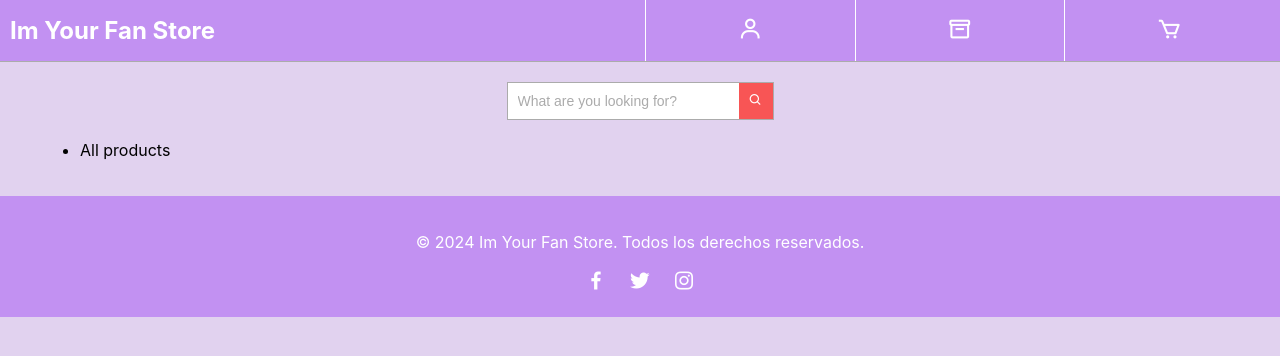
Repository: imyourfan-store/e-commerce
Page: /
The author's editor kept a copy of each file at every save. The page is drawn from the files as they stood at one save, then again after the next save.
The browser window is 1280 px wide. The pictures show the whole page.
The page's requests for data from a server got no answer. The project was rebuilt for these pictures with package versions that can differ from the ones it lists, and the page was loaded fresh each time. No one was signed in, and anything a server would have sent is missing. Also part of the build but not shown: vite.config.js, src/components/home/styles/ProductCard.css, src/components/home/ProductCard.jsx, src/pages/styles/Login.css, src/pages/Login.jsx, src/components/productId/styles/ProductInfo.css, src/components/productId/ProductInfo.jsx, src/components/productId/SimilarProducts.jsx and 14 more.

Above is the page before, as saved 2024-11-04 12:06:58.

### index.html
<!DOCTYPE html>
<html lang="en">
  <head>
    <meta charset="UTF-8" />
    <link rel="icon" type="image/svg+xml" href="/Icono Redes Sociales - IYF.jpg" />
    <meta name="viewport" content="width=device-width, initial-scale=1.0" />
    <link rel="stylesheet" href="./src/layout/styles/index.css">
    <link
      href="https://unpkg.com/boxicons@2.1.4/css/boxicons.min.css"
      rel="stylesheet"
    />
    <title>Im Your Fan Store</title>
  </head>
  <body>
    <div id="root"></div>
    <script type="module" src="/src/main.jsx"></script>
    <footer class="footer">
      <div class="footer__content">
          <p>&copy; 2024 Im Your Fan Store. Todos los derechos reservados.</p>
          <ul class="footer__socials">
              <li><a href="https://www.facebook.com" target="_blank" rel="noopener noreferrer"><i class='bx bxl-facebook'></i></a></li>
              <li><a href="https://www.twitter.com" target="_blank" rel="noopener noreferrer"><i class='bx bxl-twitter'></i></a></li>
              <li><a href="https://www.instagram.com" target="_blank" rel="noopener noreferrer"><i class='bx bxl-instagram'></i></a></li>
          </ul>
      </div>
  </footer>

  </body>
</html>

### src/layout/styles/index.css
:root {
    --color-lila: #C291F2;
    --color-lilaclaro: #e1d2ef;/* Color lila claro */
    --color-texto: #000000;
    --color-fussia: #D504D9;
    --color-azul: #79C4F2;
    --color-mostaza: #F2B705;
    --color-naranja: #F28705;
    --color-input: #EEF5F9;
    --color-blanquito: #ffffff;
    --color-celeste: #79C4F2;
    --color-rgba-rojo: rgba(255, 0, 0, 0.1);
    --color-rojo: #FF0000;
}

body {
    margin: 0;
    font-family: Arial, sans-serif; /* Tipo de letra uniforme */
    background-color: var(--color-lilaclaro); /* Usar la variable correctamente */
}
.footer {
    background-color: var(--color-lila); /* Fondo lila claro */
    color: var(--color-blanquito); /* Color del texto */
    padding: 20px;
    text-align: center; /* Centrar el contenido */
    position: relative; /* Posición relativa para el footer */
    bottom: 0;
    width: 100%; /* Asegura que el footer ocupe el ancho completo */
}

.footer__content {
    max-width: 1200px; /* Ancho máximo para el contenido */
    margin: 0 auto; /* Centrar el contenido */
}

.footer__socials {
    list-style: none; /* Quitar los puntos de la lista */
    padding: 0; /* Quitar el padding */
    margin: 10px 0 0; /* Margen superior para separar del texto */
    display: flex; /* Usar flexbox para alinear horizontalmente */
    justify-content: center; /* Centrar los iconos */
}

.footer__socials li {
    margin: 0 10px; /* Espacio entre los iconos */
}

.footer__socials a {
    color: var(--color-blanquito); /* Color de los enlaces */
    text-decoration: none; /* Quitar el subrayado */
    font-size: 24px; /* Tamaño de los iconos */
}

.footer__socials a:hover {
    color: var(--color-azul); /* Cambiar color al pasar el mouse */
}

### src/main.jsx
import React from 'react'
import ReactDOM from 'react-dom/client'
import App from './App'
import './index.css'
import { HashRouter } from 'react-router-dom'
import { Provider } from 'react-redux'
import store from './store'

ReactDOM.createRoot(document.getElementById('root')).render(
  <React.StrictMode>
    <HashRouter>
      <Provider store={store}>
        <App />
      </Provider>
    </HashRouter>
  </React.StrictMode>,
)

### src/App.jsx
import { Route, Routes } from 'react-router-dom'
import './App.css'
import Home from './pages/Home'
import Login from './pages/Login'
import ProductId from './pages/ProductId'
import Purchases from './pages/Purchases'
import Cart from './pages/Cart'
import ProtectedRoutes from './components/app/ProtectedRoutes'
import Header from './layout/Header'

function App() {

  return (
    <div className="App">
      <Header />
      <Routes>
        <Route path='/' element={<Home />} />
        <Route path='/login' element={<Login />} />
        <Route path='/products/:id' element={<ProductId />} />

        <Route element={<ProtectedRoutes />}>
          <Route path='/purchases' element={<Purchases />} />
          <Route path='/cart' element={<Cart />} />
        </Route>
      </Routes>
    </div>
  )
}

export default App

### src/index.css
:root {
  --color-gray: #ababab;
  --color-red: #f85555;
}

/* Reset */
* {
  box-sizing: border-box;
}

body {
  margin: 0;
  font-family: 'Inter', sans-serif;
}

img {
  width: 100%;
  display: block;
}

a {
  font-family: inherit;
  text-decoration: none;
}

input {
  outline: none;
}

### src/store/index.js
import { configureStore } from '@reduxjs/toolkit'
import products from './slices/products.slice'
import userInfo from './slices/userInfo.slice'
import cart from './slices/cart.slice'

export default configureStore({
  reducer: { products, userInfo, cart },
})

### src/pages/Home.jsx
import React, { useEffect, useState } from 'react';
import { useDispatch, useSelector } from 'react-redux';
import { getAllProducts } from '../store/slices/products.slice';
import ProductCard from '../components/home/ProductCard';
import Categories from '../components/home/Categories';
import './styles/Home.css';

const Home = () => {
  const [nameProduct, setNameProduct] = useState('');
  const [filterProducts, setFilterProducts] = useState([]);
  const [category, setCategory] = useState('');

  const products = useSelector((state) => state.products);

  const dispatch = useDispatch();

  const handleSubmit = (e) => {
    e.preventDefault();
    const newName = e.target.nameProduct.value;
    setNameProduct(newName);
  };

  useEffect(() => {
    dispatch(getAllProducts());
  }, []);

  useEffect(() => {
    setFilterProducts(products);
  }, [products]);

  useEffect(() => {
    const newProducts = products.filter(
      (product) =>
        product.name.toLowerCase().includes(nameProduct.toLowerCase()) &&
        (product.Categories[0].id === category || !category)
    );
    setFilterProducts(newProducts);
  }, [nameProduct, category]);

  return (
    <main className="home">
      <form className="home__form" onSubmit={handleSubmit}>
        <div className="home__form-div">
          <input className="home__form-input" type="text" id="nameProduct" placeholder="What are you looking for?" />
          <button className="home__form-btn">
            <i className="bx bx-search"></i>
          </button>
        </div>
      </form>
      <Categories setCategory={setCategory} />
      <section className="home__container">
        {filterProducts.map((product) => (
          <ProductCard key={product.id} product={product} />
        ))}
      </section>
    </main>
  );
};

export default Home;

### src/layout/Header.jsx
import React from 'react'
import { NavLink } from 'react-router-dom'
import './styles/Header.css'

const Header = () => {
  return (
    <header className='header'>
      <NavLink className='header__page-name' to='/'><h1>Im Your Fan Store</h1></NavLink>
      <ul className='header__navbar'>
        <li className='header__link'><NavLink to='/login'><i className='bx bx-user'></i></NavLink></li>
        <li className='header__link'><NavLink to='/purchases'><i className='bx bx-box'></i></NavLink></li>
        <li className='header__link'><NavLink to='/cart'><i className='bx bx-cart'></i></NavLink></li>
      </ul>
    </header>
  )
}

export default Header

### src/store/slices/products.slice.js
import { createSlice } from '@reduxjs/toolkit';
import axios from 'axios';

const productsSlice = createSlice({
  name: 'products',
  initialState: [],
  reducers: {
    setProductsGlobal: (state, action) => action.payload,
  },
});

export const { setProductsGlobal } = productsSlice.actions;

export default productsSlice.reducer;

export const getAllProducts = () => (dispatch) => {
  const URL = 'http://localhost:8000/api/products';
  axios
    .get(URL)
    .then((res) => {
      dispatch(setProductsGlobal(res.data.products));
    })
    .catch((err) => {
      console.log(err);
    });
};

### src/store/slices/userInfo.slice.js
import { createSlice } from '@reduxjs/toolkit';
import axios from 'axios';

const defaultValues = {
  token: '',
  user: {},
};

const userInfoSlice = createSlice({
  name: 'userInfo',
  initialState: JSON.parse(localStorage.getItem('userInfo')) ?? defaultValues,
  reducers: {
    setUserInfoGlobal: (state, action) => action.payload,
  },
});

export const { setUserInfoGlobal } = userInfoSlice.actions;

export default userInfoSlice.reducer;

export const loginUserThunk = (data) => (dispatch) => {
  const URL = 'http://localhost:8000/api/auth/login';
  axios
    .post(URL, data)
    .then((res) => {
      dispatch(setUserInfoGlobal(res.data));
      localStorage.setItem('userInfo', JSON.stringify(res.data));
    })
    .catch((err) => {
      console.log(err);
    });
};

export const logOutUserThunk = () => (dispatch) => {
  localStorage.removeItem('userInfo');
  dispatch(setUserInfoGlobal(defaultValues));
};

### src/store/slices/cart.slice.js
import { createSlice } from '@reduxjs/toolkit';
import axios from 'axios';
import { getConfig } from '../../utils/configAxios';

const cartSlice = createSlice({
  name: 'cart',
  initialState: [],
  reducers: {
    setCartGlobal: (state, action) => action.payload,
  },
});

export const { setCartGlobal } = cartSlice.actions;

export default cartSlice.reducer;

export const getAllCartProducts = () => (dispatch) => {
  const URL = 'http://localhost:8000/api/cart';
  axios
    .get(URL, getConfig())
    .then((res) => {
      dispatch(setCartGlobal(res.data.cart.Products));
    })
    .catch((err) => {
      console.log(err);
    });
};

export const addProductCart = (data) => (dispatch) => {
  const URL = 'http://localhost:8000/api/cart/add-product';
  axios
    .post(URL, data, getConfig())
    .then((res) => {
      console.log(res.data);
    })
    .catch((err) => {
      console.log(err);
    });
};

export const deleteProductCart = (id) => (dispatch) => {
  const URL = `http://localhost:8000/api/cart/remove-product/${id}`;
  axios
    .delete(URL, getConfig())
    .then((res) => {
      dispatch(getAllCartProducts());
    })
    .catch((err) => {
      console.log(err);
    });
};

export const purchaseCart = (data) => (dispatch) => {
  const URL = 'http://localhost:8000/api/purchases';
  axios
    .post(URL, data, getConfig())
    .then((res) => {
      dispatch(setCartGlobal([]));
    })
    .catch((err) => {
      console.log(err);
    });
};

### src/components/home/Categories.jsx
import axios from 'axios';
import React, { useEffect, useState } from 'react';

const Categories = ({ setCategory }) => {
  const [categories, setCategories] = useState([]);

  const handleCategory = (id) => {
    setCategory(id);
  };

  useEffect(() => {
    const URL = 'http://localhost:8000/api/categories';
    axios
      .get(URL)
      .then((res) => {
        setCategories(res.data.categories);
      })
      .catch((err) => {
        console.log(err);
      });
  }, []);

  return (
    <section>
      <ul>
        <li onClick={() => handleCategory('')}>All products</li>
        {categories.map((category) => (
          <li onClick={() => handleCategory(category.id)} key={category.id}>
            {category.name}
          </li>
        ))}
      </ul>
    </section>
  );
};

export default Categories;

### src/pages/styles/Home.css
.home {
  margin: 0 auto;
  max-width: 1200px;
}

.home__form {
  width: max-content;
  margin: 20px auto;
  border: 1px solid var(--color-gray);
}

.home__form-input {
  color: var(--color-gray);
  padding: 10px 40px 10px 10px;
  border: none;
  font-size: 14px;
}

.home__form-input::placeholder {
  color: var(--color-gray);
}

.home__form-btn {
  font-size: 14px;
  padding: 10px;
  border: none;
  color: white;
  background-color: var(--color-red);
  cursor: pointer;
}

.home__container {
  display: grid;
  grid-template-columns: repeat(auto-fill, minmax(270px, 1fr));
  justify-items: center;
  grid-template-rows: auto;
  gap: 40px;
  margin: 0 20px 20px 20px;
}

### src/utils/configAxios.js
export const getConfig = () => {
  const { token } = JSON.parse(localStorage.getItem('userInfo'))
  const config = {
    headers: {
      Authorization: `Bearer ${token}`,
    },
  }
  return config
}

### src/layout/styles/Header.css
:root {
  --color-lila: #C291F2;
  --color-texto: #000000;
  --color-fussia: #D504D9;
  --color-azul: #79C4F2;
  --color-mostaza: #F2B705;
  --color-naranja: #F28705;
  --color-input: #EEF5F9;
  --color-blanquito: #ffffff;
  --color-celeste: #79C4F2;
  --color-rgba-rojo: rgba(255, 0, 0, 0.1);
  --color-rojo: #FF0000;
}

.header {
  display: flex;
  justify-content: space-between;
  align-items: stretch;
  position: sticky;
  top: 0;
  z-index: 2;
  background-color: var(--color-lila);
  border-bottom: 1px solid var(--color-gray);
}

.header__page-name {
  font-size: 12px;
  color: var(--color-blanquito);
  flex: 1 1;
  margin-left: 10px;
  transition: transform 0.3s ease; /* Agrega una transición para el zoom */
  overflow: hidden; /* Asegura que el contenido no se salga */
  white-space: nowrap; /* Evita que el texto se divida en varias líneas */
}

/* Efecto de zoom al pasar el mouse sobre el nombre de la página */
.header__page-name:hover {
  transform: scale(1.008); /* Escala ligeramente el texto, ajusta según sea necesario */
}
.header__navbar {
  display: flex;
  list-style: none;
  font-size: 25px;
  margin: 0;
  padding: 0;
  flex: 1 1;
}

.header__link {
  display: flex;
  justify-content: center;
  align-items: center;
  width: 33%;
  border-left: 1px solid var(--color-blanquito);
  transition: transform 0.3s ease, background-color 0.3s ease; /* Agrega una transición */
}

/* Estilos para el hover */
.header__link:hover {
  transform: scale(1.1); /* Escalar el elemento */
  background-color: var(--color-azul); /* Cambiar color de fondo al hacer hover */
  cursor: pointer; /* Cambiar el cursor a puntero */
}

@media (max-width: 600px) {
  .header__link {
    border-left: none;
  }
}

.header__link a {
  color: var(--color-blanquito);
}

Loaded but not shown: src/App.css (no stored copy; drawn as an empty file)

After the next save:
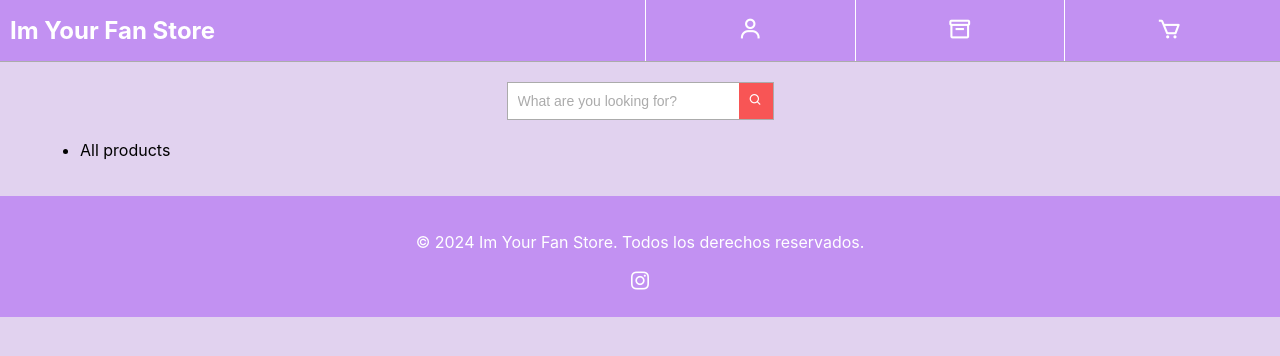
Saved 27 s later.
--- a/index.html
+++ b/index.html
@@ -18,8 +18,6 @@
       <div class="footer__content">
           <p>&copy; 2024 Im Your Fan Store. Todos los derechos reservados.</p>
           <ul class="footer__socials">
-              <li><a href="https://www.facebook.com" target="_blank" rel="noopener noreferrer"><i class='bx bxl-facebook'></i></a></li>
-              <li><a href="https://www.twitter.com" target="_blank" rel="noopener noreferrer"><i class='bx bxl-twitter'></i></a></li>
               <li><a href="https://www.instagram.com" target="_blank" rel="noopener noreferrer"><i class='bx bxl-instagram'></i></a></li>
           </ul>
       </div>
